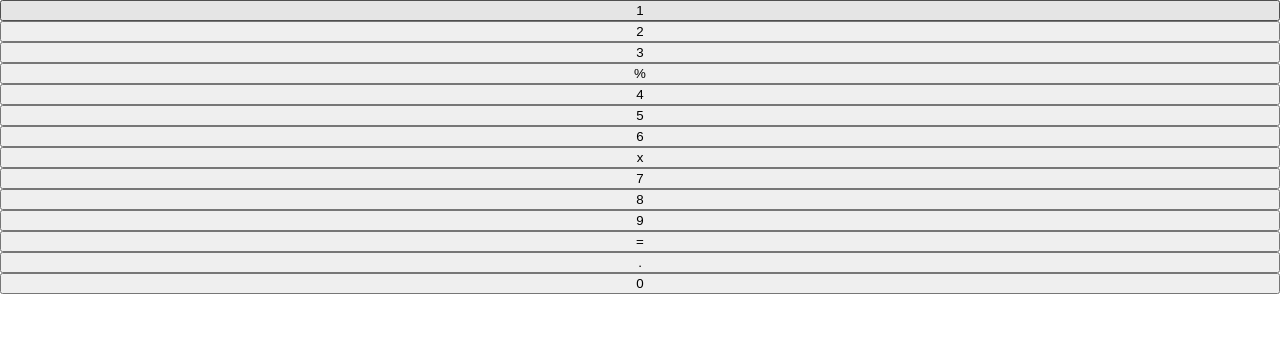
Repository: hoangphuong965/calculator_react
Page: /
These files come from the project's save history. The page is drawn as it stood at one moment and after a run of saves; the edit follows.
The browser window is 1280 px wide. The pictures show the whole page.
The project was rebuilt for these pictures with package versions that can differ from the ones it lists, and the page was loaded fresh each time.

Above is the page before, as saved 2020-08-04 08:01:27.

### src/App.js
import React from "react";
import "./App.css";
import Key from "./component/Key";

function App() {
  return <div className="App">
    <Key />
  </div>;
}

export default App;

### src/App.css
.App {
  text-align: center;
}

.App-logo {
  height: 40vmin;
  pointer-events: none;
}

@media (prefers-reduced-motion: no-preference) {
  .App-logo {
    animation: App-logo-spin infinite 20s linear;
  }
}

.App-header {
  background-color: #282c34;
  min-height: 100vh;
  display: flex;
  flex-direction: column;
  align-items: center;
  justify-content: center;
  font-size: calc(10px + 2vmin);
  color: white;
}

.App-link {
  color: #61dafb;
}

@keyframes App-logo-spin {
  from {
    transform: rotate(0deg);
  }
  to {
    transform: rotate(360deg);
  }
}



.key-number{
  display: grid;
  grid-template-columns: ;
}

### src/component/Key.js
import React from "react";

function Key() {
  return (
    <div className="key">
      <div className="key-controls"></div>
      <div className="key-number">
        <button className="data-key">1</button>
        <button className="data-key">2</button>
        <button className="data-key">3</button>
        <button className="data-key">%</button>
        <button className="data-key">4</button>
        <button className="data-key">5</button>
        <button className="data-key">6</button>
        <button className="data-key">x</button>
        <button className="data-key">7</button>
        <button className="data-key">8</button>
        <button className="data-key">9</button>

        <button className="data-key">=</button>
        <button className="data-key">.</button>
        <button className="data-key">0</button>
      </div>
    </div>
  );
}

export default Key;

Loaded but not shown: public/index.html (common file); src/index.js (common file); src/index.css (common file); src/serviceWorker.js (common file)

After the next 3 saves:
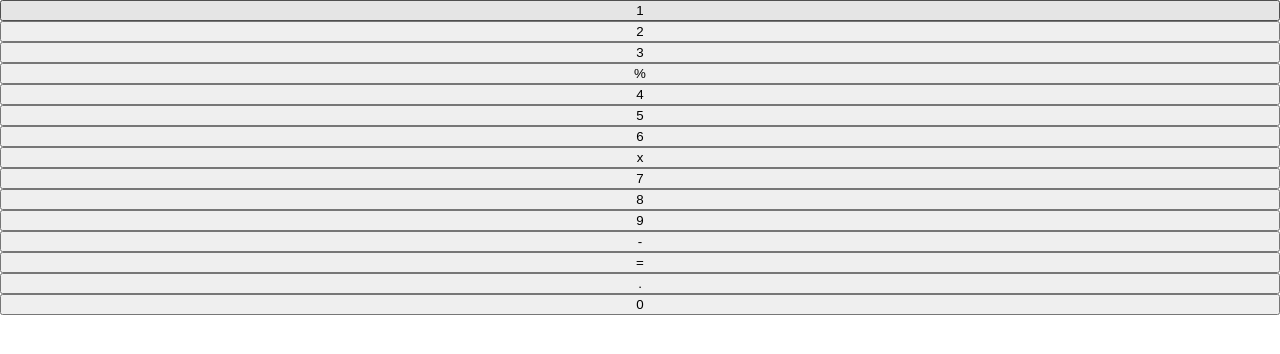
The 3 saves are shown as one change because they came seconds apart.
The last was saved 14 s later.
--- a/src/component/Key.js
+++ b/src/component/Key.js
@@ -16,7 +16,7 @@ function Key() {
         <button className="data-key">7</button>
         <button className="data-key">8</button>
         <button className="data-key">9</button>
-
+        <button className="data-key">-</button>
         <button className="data-key">=</button>
         <button className="data-key">.</button>
         <button className="data-key">0</button>
